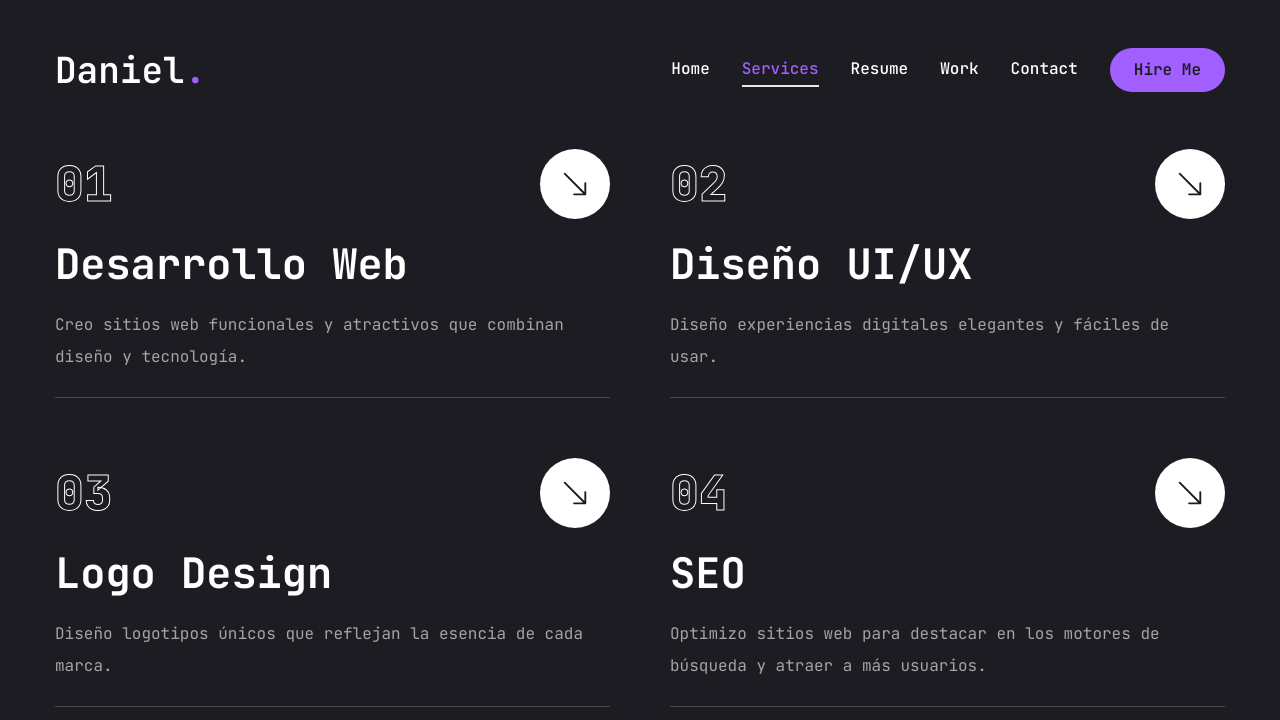
Repository: itsDarkos/Daniel-Portfolio
Page: /services
These files come from the project's save history. The page is drawn as it stood at one moment and after the next save; the edit follows.
The browser window is 1280 px wide. The pictures show the whole page.
The project was rebuilt for these pictures with package versions that can differ from the ones it lists, and the page was loaded fresh each time. The framework's server and built-in components were replaced by stand-ins that run in the browser. Also part of the build but not shown: next.config.mjs.

Above is the page before, as saved 2025-01-04 19:21:05.

### app/layout.jsx
import { JetBrains_Mono } from "next/font/google";
import "./globals.css";

// components
import Header from "@/components/Header";
import PageTransition from "@/components/PageTransition";
import StairTransition from "@/components/StairTransition";

const jetBrainsMono = JetBrains_Mono({
  variable: "--font-jetBrainsMono",
  weight: ["100", "200", "300", "400", "500", "600", "700", "800"],
  subsets: ["latin"],
});

export const metadata = {
  title: "Create Next App",
  description: "Generated by create next app",
};

export default function RootLayout({ children }) {
  return (
    <html lang="en">
      <body className={jetBrainsMono.variable}>
        <Header />
        <StairTransition />
        <PageTransition>{children}</PageTransition>
      </body>
    </html>
  );
}

### app/services/page.jsx
"use client";

import { BsArrowDownRight } from "react-icons/bs";
import Link from "next/link";

const services = [
  {
    num: "01",
    title: "Desarrollo Web",
    description:
      "Creo sitios web funcionales y atractivos que combinan diseño y tecnología.",
    href: "",
  },
  {
    num: "02",
    title: "Diseño UI/UX",
    description:
      "Diseño experiencias digitales elegantes y fáciles de usar.",
    href: "",
  },
  {
    num: "03",
    title: "Logo Design",
    description:
      "Diseño logotipos únicos que reflejan la esencia de cada marca.",
    href: "",
  },
  {
    num: "04",
    title: "SEO",
    description:
      "Optimizo sitios web para destacar en los motores de búsqueda y atraer a más usuarios.",
    href: "",
  },
];

import { motion } from "framer-motion";

const Services = () => {
  return (
    <section className="min-h-[80vh] flex flex-col justify-center py-12 xl:py-0">
      <div className="container mx-auto">
        <motion.div
          initial={{ opacity: 0 }}
          animate={{
            opacity: 1,
            transition: { delay: 2.4, duration: 0.4, ease: "easeIn" },
          }}
          className="grid grid-cols-1 md:grid-cols-2 gap-[60px]"
        >
          {services.map((service, index) => {
            return (
              <div
                key={index}
                className="flex-1 flex flex-col justify-center gap-6 group"
              >
                {/* top */}
                <div className="w-full flex justify-between items-center">
                  <div className="text-5xl font-extrabold text-outline text-transparent group-hover:text-outline-hover transition-all duration-500">
                    {service.num}
                  </div>
                  <Link href={service.href} className="w-[70px] h-[70px] rounded-full bg-white group-hover:bg-accent transition-all duration-500 flex justify-center items-center hover:-rotate-45">
                    <BsArrowDownRight className="text-primary text-3xl" />
                  </Link>
                </div>
                {/* tiltle */}
                <h2 className="text-[42px] font-bold leading-none text-white group-hover:text-accent transition-all duration-500">{service.title}</h2>
                {/* description */}
                <p className="text-white/60">{service.description}</p>
                {/* border */}
                <div className="border-b border-white/20 w-full"></div>
              </div>
            );
          })}
        </motion.div>
      </div>
    </section>
  );
};

export default Services;

### app/globals.css
@tailwind base;
@tailwind components;
@tailwind utilities;

@layer base {
  body {
    @apply font-primary bg-primary text-white leading-loose;
  }

  .h1 {
    @apply text-[48px] xl:text-[80px] leading-[1.1] font-semibold;
  }

  .h2 {
    @apply text-[36px] xl:text-[48px] leading-[1.1] font-semibold;
  }

  .h3 {
    @apply text-[20px] xl:text-[24px] leading-[1.1] font-semibold;
  }
  .text-outline{
    -webkit-text-stroke: 1px #ffffff;
  }

  .text-outline-hover{
    -webkit-text-stroke: 1px #a15fff;
  }
}

### components/Header.jsx
import Link from "next/link";
import { Button } from "./ui/button";

// components
import { Nav } from "./Nav";
import MobileNav from "./MobileNav";

export const Header = () => {
  return (
    <header className="py-8 xl:py-12 text-white">
      <div className="container mx-auto flex justify-between items-center">
        {/* logo */}
        <Link href="/">
          <h1 className="text-4xl font-semibold">
            Daniel<span className="text-accent">.</span>
          </h1>
        </Link>
        {/* desktop nav & hire me button */}
        <div className="hidden xl:flex items-center gap-8">
          <Nav />
          <Link href="/contact">
            <Button>Hire Me</Button>
          </Link>
        </div>
        {/* mobile nav */}
        <div className="xl:hidden">
          <MobileNav />
        </div>
      </div>
    </header>
  );
};

export default Header;

### components/PageTransition.jsx
"use client";

import { AnimatePresence, motion } from "framer-motion"
import { usePathname } from "next/navigation";

const PageTransition = ({children}) => {
  const pathname = usePathname();
  return <AnimatePresence>
    <div key={pathname}>
      <motion.div
        initial ={{opacity: 1}}
        animate={{
          opacity: 0,
          transition:{delay: 1, duration: 0.4, ease: "easeInOut"},
        }}
        className="h-screen w-screen fixed bg-primary top-0 pointer-events-none"
      />
      {children}
    </div>
    </AnimatePresence>
}

export default PageTransition

### components/StairTransition.jsx
"use client";

import { AnimatePresence, motion } from "framer-motion";
import { usePathname } from "next/navigation";

//components
import Stairs from "./Stairs";

const StairTransition = () => {
  const pathname = usePathname();
  return (
    <>
      <AnimatePresence mode="wait">
        <div key={pathname}>
          <div className="h-screen w-screen fixed top-0 left-0 right-0 pointer-events-none z-40 flex">
            <Stairs />
          </div>
          <motion.div
            className="h-screen w-screen fixed bg-primary top-0 pointer-events-none"
            initial={{ opacity: 1 }}
            animate={{
              opacity: 0,
              transition: { delay: 1, duration: 0.4, ease: "easeInOut" },
            }}
          />
        </div>
      </AnimatePresence>
    </>
  );
};

export default StairTransition;

### components/ui/button.jsx
import * as React from "react";
import { Slot } from "@radix-ui/react-slot";
import { cva } from "class-variance-authority";

import { cn } from "@/lib/utils";

const buttonVariants = cva(
  "inline-flex items-center justify-center whitespace-nowrap rounded-full text-base font-semibold ring-offset-white transition-colors",
  {
    variants: {
      variant: {
        default:  "bg-accent text-primary hover:bg-accent-hover",
        primary:  "bg-primary text-white",
        outline:  "border border-accent bg-transparent text-accent hover:bg-accent hover:text-primary",
      },
      size: {
        default: "h-[44px] px-6",
        sm: "h-[48px] px-6",
        lg: "h-[56px] px-8 text-sm uppercase tracking-[2px]",
      },
    },
    defaultVariants: {
      variant: "default",
      size: "default",
    },
  }
);

const Button = React.forwardRef(
  ({ className, variant, size, asChild = false, ...props }, ref) => {
    const Comp = asChild ? Slot : "button";
    return (
      <Comp
        className={cn(buttonVariants({ variant, size, className }))}
        ref={ref}
        {...props}
      />
    );
  }
);
Button.displayName = "Button";

export { Button, buttonVariants };

### components/Nav.jsx
"use client";

import Link from "next/link";
import { usePathname } from "next/navigation";

const links = [
  {
    name: "Home",
    path: "/",
  },
  {
    name: "Services",
    path: "/services",
  },
  {
    name: "Resume",
    path: "/resume",
  },
  {
    name: "Work",
    path: "/work",
  },
  {
    name: "Contact",
    path: "/contact",
  },
];

export const Nav = () => {
  const pathname = usePathname();
  console.log(pathname);
  return (
    <nav className="flex gap-8">
      {links.map((link, index) => {
        return (
          <Link
            href={link.path}
            key={index}
            className={`${
              link.path === pathname && "text-accent border-b-2 border-accent"
            }capitalize font-medium hover:text-accent transition all`}>
            {link.name}
          </Link>
        );
      })}
    </nav>
  );
};

export default Nav;

### components/MobileNav.jsx
"use client";

import { Sheet, SheetContent, SheetTrigger } from "@/components/ui/sheet";
import { usePathname } from "next/navigation";
import Link from "next/link";
import { CiMenuFries } from "react-icons/ci";

const links = [
  {
    name: "home",
    path: "/",
  },
  {
    name: "services",
    path: "/services",
  },
  {
    name: "resume",
    path: "/resume",
  },
  {
    name: "work",
    path: "/work",
  },
  {
    name: "contact",
    path: "/contact",
  },
];

const MobileNav = () => {
  const pathname = usePathname();
  return (
    <Sheet>
      <SheetTrigger className="flex justify-center items-center">
        <CiMenuFries className="text-[32px] text-accent" />
      </SheetTrigger>
      <SheetContent className="flex flex-col">
        {/* logo */}
        <div className="mt-32 mt-40 text-center text-2xl">
          <Link href="/"></Link>
          <h1 className="text-4xl font-semibold">
            Daniel<span className="text-accent">.</span>
          </h1>
        </div>
        {/* nav */}
        <nav className="flex flex-col justifi-center items-center gap-8">
          {links.map((link, index) => {
            return (
              <Link
                href={link.path}
                key={index}
                className={`${
                  link.path === pathname &&
                  "text-accent border-b-2 border-accent"
                } text-xl capitalize hover:text-accent transition`}
              >
                {link.name}
              </Link>
            );
          })}
        </nav>
      </SheetContent>
    </Sheet>
  );
};

export default MobileNav;

### components/Stairs.jsx
import { animate, motion } from "framer-motion";

//variants
const stairAimation = {
  initial: {
    top: "0%",
  },
  animate: {
    top: "100%",
  },
  exit: {
    top: ["100%", "0%"],
  },
};

//calculate the reverse index fot staggred delay
const reverseIndex = (index) => {
  const totalSteps = 6; //number of steps
  return totalSteps - index - 1;
};

const Stairs = () => {
  return (
    <>
      {/* render & motion divs, each representing a step of the stairs.
      Each div will have the same animation defined by the stoirsAnimation object.
      The delay for each div is calculated sinomically based on it's reversed index,
      creating a staggered effect with decreasing delay for each subsequent step.
     */}
      {[...Array(6)].map((_, index) => {
        return (
          <motion.div
            key={index}
            variants={stairAimation}
            initial="initial"
            animate="animate"
            exit="exit"
            transition={{
              duration: 0.4,
              ease: "easeInOut",
              delay: reverseIndex(index) * 0.1,
            }}
            className="h-full w-full bg-white relative"
          />
        );
      })}
    </>
  );
};

export default Stairs;

### components/ui/sheet.jsx
"use client";
import * as React from "react"
import * as SheetPrimitive from "@radix-ui/react-dialog"
import { cva } from "class-variance-authority";
import { cn } from "@/lib/utils"

import {IoMdClose} from "react-icons/io"

const Sheet = SheetPrimitive.Root

const SheetTrigger = SheetPrimitive.Trigger

const SheetClose = SheetPrimitive.Close

const SheetPortal = SheetPrimitive.Portal

const SheetOverlay = React.forwardRef(({ className, ...props }, ref) => (
  <SheetPrimitive.Overlay
    className={cn(
      "fixed inset-0 z-50 bg-black/80  data-[state=open]:animate-in data-[state=closed]:animate-out data-[state=closed]:fade-out-0 data-[state=open]:fade-in-0",
      className
    )}
    {...props}
    ref={ref} />
))
SheetOverlay.displayName = SheetPrimitive.Overlay.displayName

const sheetVariants = cva(
  "fixed z-50 gap-4 bg-primary p-6 shadow-lg transition ease-in-out data-[state=open]:animate-in data-[state=closed]:animate-out data-[state=closed]:duration-300 data-[state=open]:duration-500 dark:bg-neutral-950",
  {
    variants: {
      side: {
        top: "inset-x-0 top-0 border-b data-[state=closed]:slide-out-to-top data-[state=open]:slide-in-from-top",
        bottom:
          "inset-x-0 bottom-0 border-t data-[state=closed]:slide-out-to-bottom data-[state=open]:slide-in-from-bottom",
        left: "inset-y-0 left-0 h-full w-3/4 border-r data-[state=closed]:slide-out-to-left data-[state=open]:slide-in-from-left sm:max-w-sm",
        right:
          "inset-y-0 right-0 h-full w-3/4 data-[state=closed]:slide-out-to-right data-[state=open]:slide-in-from-right sm:max-w-sm",
      },
    },
    defaultVariants: {
      side: "right",
    },
  }
)

const SheetContent = React.forwardRef(({ side = "right", className, children, ...props }, ref) => (
  <SheetPortal>
    <SheetOverlay />
    <SheetPrimitive.Content ref={ref} className={cn(sheetVariants({ side }), className)} {...props}>
      {children}
      <SheetPrimitive.Close
        className="absolute right-8 top-8 transition opacity ouline-none">
        <IoMdClose className="text-3xl text-accent" />
        <span className="sr-only">Close</span>
      </SheetPrimitive.Close>
    </SheetPrimitive.Content>
  </SheetPortal>
))
SheetContent.displayName = SheetPrimitive.Content.displayName

const SheetHeader = ({
  className,
  ...props
}) => (
  <div
    className={cn("flex flex-col space-y-2 text-center sm:text-left", className)}
    {...props} />
)
SheetHeader.displayName = "SheetHeader"

const SheetFooter = ({
  className,
  ...props
}) => (
  <div
    className={cn("flex flex-col-reverse sm:flex-row sm:justify-end sm:space-x-2", className)}
    {...props} />
)
SheetFooter.displayName = "SheetFooter"

const SheetTitle = React.forwardRef(({ className, ...props }, ref) => (
  <SheetPrimitive.Title
    ref={ref}
    className={cn("text-lg font-semibold text-neutral-950 dark:text-neutral-50", className)}
    {...props} />
))
SheetTitle.displayName = SheetPrimitive.Title.displayName

const SheetDescription = React.forwardRef(({ className, ...props }, ref) => (
  <SheetPrimitive.Description
    ref={ref}
    className={cn("text-sm text-neutral-500 dark:text-neutral-400", className)}
    {...props} />
))
SheetDescription.displayName = SheetPrimitive.Description.displayName

export {
  Sheet,
  SheetPortal,
  SheetOverlay,
  SheetTrigger,
  SheetClose,
  SheetContent,
  SheetHeader,
  SheetFooter,
  SheetTitle,
  SheetDescription,
}

### tailwind.config.mjs
/** @type {import('tailwindcss').Config} */
// eslint-disable-next-line import/no-anonymous-default-export
export default {
  darkMode: ["class"],
  content: [
    "./pages/**/*.{js,ts,jsx,tsx,mdx}",
    "./components/**/*.{js,ts,jsx,tsx,mdx}",
    "./app/**/*.{js,ts,jsx,tsx,mdx}",
  ],
  theme: {
    container: {
      center: true,
      padding: "15px",
    },
    screens: {
      sm: "640px",
      md: "768px",
      lg: "960px",
      xl: "1200px",
    },
    fontFamily: {
      primary: "var(--font-jetBrainsMono)",
    },
    extend: {
      colors: {
        primary: "#1c1c22",
        accent: {
          DEFAULT: "#a15fff",
          hover: "#8e4cff",
        },
      },
      borderRadius: {
        lg: "var(--radius)",
        md: "calc(var(--radius) - 2px)",
        sm: "calc(var(--radius) - 4px)",
      },
    },
  },
  plugins: [require("tailwindcss-animate")],
};

Loaded but not shown: lib/utils.js (common file)

After the next save:
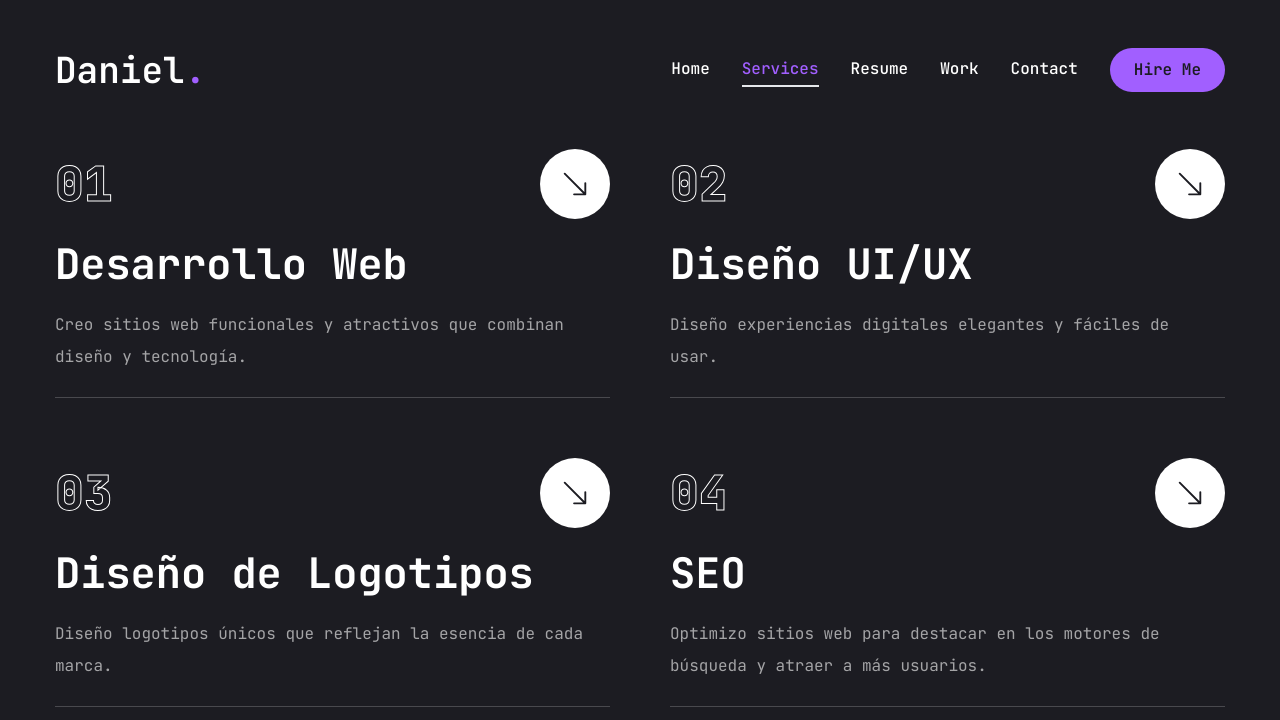
Saved 7 s later.
--- a/app/services/page.jsx
+++ b/app/services/page.jsx
@@ -20,7 +20,7 @@ const services = [
   },
   {
     num: "03",
-    title: "Logo Design",
+    title: "Diseño de Logotipos",
     description:
       "Diseño logotipos únicos que reflejan la esencia de cada marca.",
     href: "",
